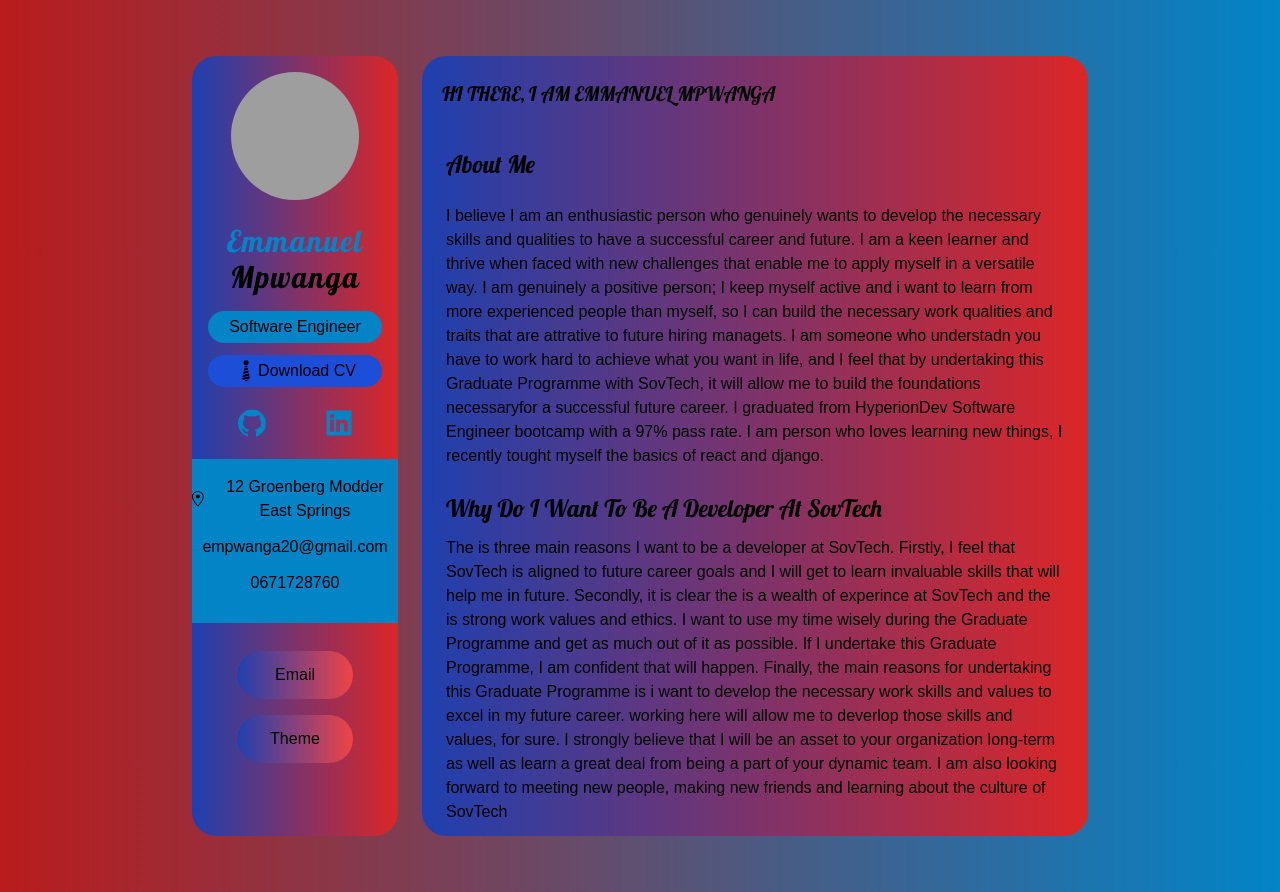
Repository: mannympwanga/portfolio
Page: /
An editor plug-in stored every save of this project. The page is shown before and after the next save, followed by the edit.
The browser window is 1280 px wide. The pictures show the whole page.
Pictures or frames that could not be fetched are drawn as grey boxes. The project was rebuilt for these pictures with package versions that can differ from the ones it lists, and the page was loaded fresh each time. The framework's server and built-in components were replaced by stand-ins that run in the browser. Also part of the build but not shown: next.config.js.

Above is the page before, as saved 2021-11-24 23:14:41.

### pages/_app.tsx
import '../styles/globals.css'
import Sidebar from '../components/Sidebar'
import Navbar from '../components/Navbar'
import {ThemeProvider} from 'next-themes'

function MyApp({ Component, pageProps }) {
  return (
    <ThemeProvider attribute='class'>
      <div className='grid grid-cols-12 gap-6 px-5 lg:px-48 my-14 sm:px-20 md:px-32'>
       <div className='col-span-12 p-4 text-center bg-gradient-to-r from-blue-800 to-red-600 dark:from-dark-500 dark:to-dark-100 lg:col-span-3 rounded-3xl'>
        <Sidebar/>
       </div>
       <div className='flex flex-col col-span-12 bg-gradient-to-r from-blue-800 to-red-600 dark:from-dark-500 dark:to-dark-100 lg:col-span-9 rounded-3xl'>
        <Navbar/>
        <Component {...pageProps} />
       </div>
      </div>
    </ThemeProvider>

  )





}

export default MyApp

### pages/_document.tsx
import Document, { Html, Head, Main, NextScript } from 'next/document'

class MyDocument extends Document {
  render() {
    return (
      <Html lang='en'>
        <Head>
            <link rel="preconnect" href="https://fonts.googleapis.com"/>
            <link rel="preconnect" href="https://fonts.gstatic.com crossorigin"/>
            <link href="https://fonts.googleapis.com/css2?family=Lobster&display=swap" rel="stylesheet"/>
        </Head>
        <body className='bg-gradient-to-r from-red-700 to-blue dark:from-dark-500 dark:to-dark-100 dark:text-yellow-50'>
          <Main />
          <NextScript />
        </body>
      </Html>
    )
  }
}

export default MyDocument

### pages/index.tsx
export const index = () => {
  return (
    <div className='flex flex-col px-6 pt-1'>
      <h1 className='my-3 text-2xl font-Lobster'>About Me</h1>
      <p className='my-3 font-medium'>
        I believe I am an enthusiastic person who genuinely wants to develop
        the necessary skills and qualities to have a successful career and future.
        I am a keen learner and thrive when faced with new challenges that enable me
        to apply myself in a versatile way.
        I am genuinely a positive person; I keep myself active and i want to learn from
        more experienced people than myself, so I can build the necessary work qualities
        and traits that are attrative to future hiring managets.
        I am someone who understadn you have to work hard to achieve what you want in life,
        and I feel that by undertaking this Graduate Programme with SovTech, it will allow me
        to build the foundations necessaryfor a successful future career. I graduated from HyperionDev
        Software Engineer bootcamp with a 97% pass rate. I am person who loves learning new things, I recently
        tought myself the basics of react and django.
      </p>

      <div>
        <h1 className='my-3 text-2xl font-Lobster'>Why Do I Want To Be A Developer At SovTech</h1>
        <p className='my-3 font-medium'>
          The is three main reasons I want to be a developer at SovTech. Firstly, I feel that SovTech
          is aligned to future career goals and I will get to learn invaluable skills that will help me in future.
          Secondly, it is clear the is a wealth of experince at SovTech and the is strong work values and
          ethics. I want to use my time wisely during the Graduate Programme and get as much out of it as possible.
          If I undertake this Graduate Programme, I am confident that will happen. Finally, the main reasons for undertaking
          this Graduate Programme is i want to develop the necessary work skills and values to excel in my future career.
          working here will allow me to deverlop those skills and values, for sure. I strongly believe that I will be an asset
          to your organization long-term as well as learn a great deal from being a part of your dynamic team.
          I am also looking forward to meeting new people, making new friends and learning about the culture of SovTech
        </p>
      </div>
    </div>


  )
}

export default index

### styles/globals.css

@tailwind base;
@tailwind components;
@tailwind utilities;

/*//TODO use tailwind */
body{
  background-color: black;
  font-family: sans-serif;
}

### components/Sidebar.tsx
import Image from 'next/image'
import {AiFillGithub,AiFillLinkedin} from 'react-icons/ai'
import {GoLocation} from 'react-icons/go'
import {GiTie} from 'react-icons/gi'
import { useTheme } from 'next-themes'

const Sidebar = () => {
    const{theme, setTheme} = useTheme();

    const changeThem = ()=>{
        setTheme(theme==='light'?'dark':'light');
    }

    return (
        <div>
            <Image src="https://avatars.githubusercontent.com/u/84036779?v=4" alt="user avater" className=" mx-auto border rounded-full "
            height="128px"
            width="128px"
            layout="intrinsic"
            quality="100">

            </Image>
            <h1 className='my-4 text-3xl font-medium tracking-wider font-Lobster'>
                <span className='text-blue'>Emmanuel </span>
                Mpwanga
            </h1>
            <p className='px-2 py-1 my-3 bg-blue dark:bg-dark-200 rounded-full'>Software Engineer</p>
            <a className='flex items-center justify-center px-2 py-1 my-3 bg-blue-700 dark:bg-dark-200 rounded-full'
                href='/pdf,img/Emmanuel Mpwanga CV.pdf'
                download='Emmanuel Mpwanga CV.pdf'>
                <GiTie className='w-6 h-6'/>Download CV
             </a>

            {/* icons*/}
            <div className='flex justify-around mx-auto w-9/12 my-5 text-blue md:w-full' >
                <a href="https://github.com/mannympwanga">
                    <AiFillGithub className='w-8 h-8' cursor-pointer/>
                </a>
                <a href="https://www.linkedin.com/in/emmanuel-mpwanga-4387271bb">
                    <AiFillLinkedin className='w-8 h-8' cursor-pointer/>
                </a>
            </div>

            {/*adress*/}
            <div
               className='my-5 py-4 bg-blue dark:bg-dark-200'
               style={{ marginLeft: '-1rem', marginRight: '-1rem'}}>
                <div className='flex items-center justify-center space-x-2'>
                    <GoLocation/>
                    <span>12 Groenberg Modder East Springs</span>
                </div>
                <p className='my-3'>empwanga20@gmail.com</p>
                <p className='my-3'>0671728760</p>
            </div>

            {/*Email Button*/}
            <button className='my-2 bg-gradient-to-r from-blue-800 to-red-500 w-8/12 rounded-full py-3 pt-3 text-black'
            onClick={()=>window.open('mailto:empwanga20@gmail.com')}>Email</button>
            <button className='my-2  bg-gradient-to-r from-blue-800 to-red-500 w-8/12 rounded-full py-3 pt-3 text-black'
            onClick={changeThem}>Theme</button>
        </div>
    )
}

export default Sidebar

### components/Navbar.tsx
import { useState, useEffect, FunctionComponent } from 'react'
import { useRouter } from 'next/router'
import Link from 'next/link'



const Navbar = () => {

   return (
      <div className='flex items-center justify-between px-5 py-3 my-3 text-4xl font-Lobster'>

         <div className='text-4xl font-Lobster md:text-xl'>
            HI THERE, I AM EMMANUEL MPWANGA
         </div>
      </div>
   )
}

export default Navbar

### tailwind.config.js
module.exports = {
  purge: ["./pages/**/*.tsx", "./components/**/*.tsx"],
  darkMode: "class",
  theme: {
    fontFamily: {
      Lobster: ['Lobster'],
     },
    extend: {
      colors: {
        blue: {
          DEFAULT: '#0284C7',
        },
        dark:{
          DEFAULT: '#010101',
          100:'#0a0b1e',
          200:'#16181d',
          500:'#0f1115',
          700:'#202125',

        },
      }
    },
  },
  variants: {
    extend: {},
  },
  plugins: [],
};

After the next save:
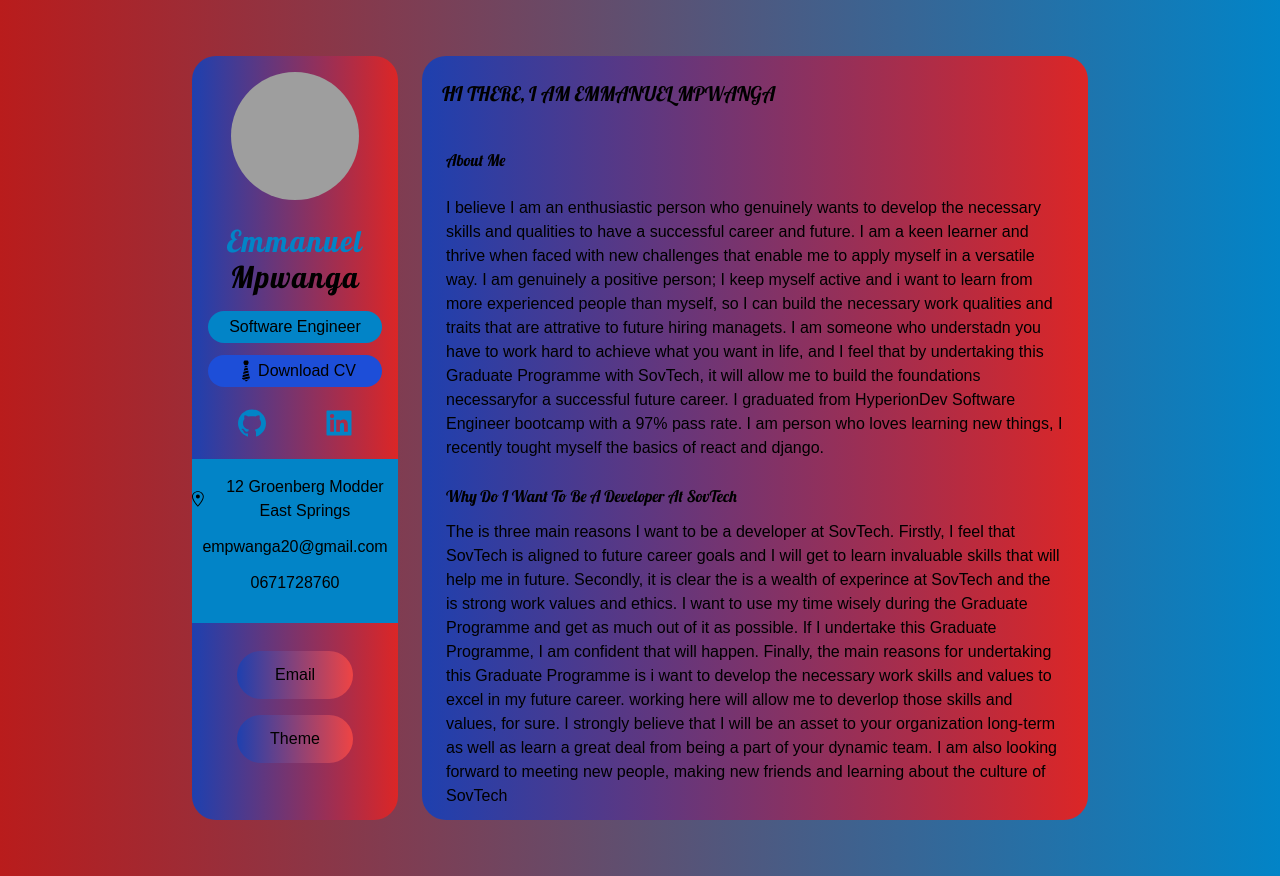
Saved 3 min 8 s later.
--- a/pages/index.tsx
+++ b/pages/index.tsx
@@ -1,7 +1,7 @@
 export const index = () => {
   return (
     <div className='flex flex-col px-6 pt-1'>
-      <h1 className='my-3 text-2xl font-Lobster'>About Me</h1>
+      <h1 className='my-3 text-1xl font-Lobster'>About Me</h1>
       <p className='my-3 font-medium'>
         I believe I am an enthusiastic person who genuinely wants to develop
         the necessary skills and qualities to have a successful career and future.
@@ -18,7 +18,7 @@
       </p>
 
       <div>
-        <h1 className='my-3 text-2xl font-Lobster'>Why Do I Want To Be A Developer At SovTech</h1>
+        <h1 className='my-3 text-1xl font-Lobster'>Why Do I Want To Be A Developer At SovTech</h1>
         <p className='my-3 font-medium'>
           The is three main reasons I want to be a developer at SovTech. Firstly, I feel that SovTech
           is aligned to future career goals and I will get to learn invaluable skills that will help me in future.
